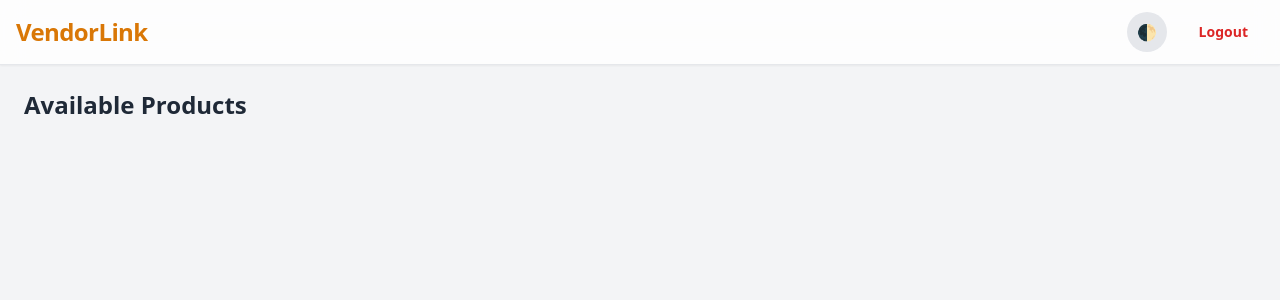
Repository: Omkar0746/VendorLink_Hackathon
Page: VendorLink_Project-main/frontend/marketplace.html
The author's editor kept a copy of each file at every save. The page is drawn from the files as they stood at one save, then again after the next save.
The browser window is 1280 px wide. The pictures show the whole page.
Some web libraries are served in a nearby version.

Above is the page before, as saved 2025-11-27 16:35:53.
Console error: SyntaxError: Identifier 'getUser' has already been declared

### VendorLink_Project-main/frontend/marketplace.html
<!DOCTYPE html>
<html lang="en" class="bg-gray-100 dark:bg-gray-900">
<head>
  <meta charset="UTF-8">
  <title>VendorLink • Marketplace</title>
  <script src="https://cdn.tailwindcss.com"></script>
  <script>tailwind.config = { darkMode: 'class' }</script>
</head>
<body class="min-h-screen">

<nav class="sticky top-0 z-50 bg-white/80 dark:bg-gray-900/80 backdrop-blur-md shadow-sm border-b border-gray-200 dark:border-gray-700">
  <div class="max-w-7xl mx-auto px-4 py-3 flex justify-between items-center">
    <h1 onclick="window.location.href='index.html'"
        class="text-2xl font-extrabold text-amber-600 cursor-pointer tracking-tight">
      VendorLink
    </h1>

    <div class="flex gap-4 items-center">
      <button id="themeToggle" class="w-10 h-10 rounded-full flex items-center justify-center bg-gray-200 dark:bg-gray-700">
        🌓
      </button>

      <button onclick="logout()"
              class="px-4 py-2 text-sm font-semibold text-red-600 dark:text-red-400 hover:underline">
        Logout
      </button>
    </div>
  </div>
</nav>


<main class="p-6">
  <h2 class="text-2xl font-semibold text-gray-800 dark:text-gray-100 mb-4">Available Products</h2>
  <div id="productGrid" class="grid grid-cols-1 sm:grid-cols-2 md:grid-cols-3 gap-6"></div>
</main>

<script type="module" src="assets/js/marketplace.js"></script>
</body>
</html>

### VendorLink_Project-main/frontend/assets/js/marketplace.js
import { api } from "./api.js";
import { protectPage, logout, initThemeToggle } from "./utils.js";

protectPage("vendor");
initThemeToggle();

document.getElementById("logoutBtn").addEventListener("click", logout);

const grid = document.getElementById("productGrid");

async function loadProducts() {
  try {
    const products = await api("/products");
    grid.innerHTML = "";

    products.forEach(p => {
      const card = document.createElement("div");
      card.className = "bg-white dark:bg-gray-800 rounded-xl shadow p-4 flex flex-col";

      card.innerHTML = `
        <img src="${p.image || 'https://via.placeholder.com/300'}"
             class="rounded-lg h-40 w-full object-cover mb-3" />
        <h3 class="text-lg font-semibold text-gray-800 dark:text-gray-100">${p.name}</h3>
        <p class="text-amber-600 font-bold mt-1">₹${p.price}</p>
        <p class="text-sm text-gray-500 dark:text-gray-400 mt-1">${p.category || ''}</p>
        <p class="text-xs text-gray-400 dark:text-gray-500 mt-1">
          Supplier: ${p.supplier?.name || "N/A"}
        </p>
        <button class="mt-3 bg-amber-600 hover:bg-amber-700 text-white py-2 rounded-lg text-sm order-btn">
          Order Now
        </button>
      `;

      const btn = card.querySelector(".order-btn");
      btn.addEventListener("click", () => placeOrder(p._id));

      grid.appendChild(card);
    });
  } catch (err) {
    alert(err.message);
  }
}

async function placeOrder(productId) {
  const qty = Number(prompt("Enter quantity:", "1") || "1");
  if (!qty || qty <= 0) return;

  try {
    await api("/orders", "POST", { productId, quantity: qty }, true);
    alert("Order placed successfully!");
  } catch (err) {
    alert(err.message);
  }
}

loadProducts();

### VendorLink_Project-main/frontend/assets/js/api.js
export const API_BASE = "http://localhost:5000/api";

export async function api(endpoint, method = "GET", body = null, auth = false) {
  const headers = { "Content-Type": "application/json" };
  if (auth) {
    const token = localStorage.getItem("token");
    if (token) headers["Authorization"] = `Bearer ${token}`;
  }

  const res = await fetch(`${API_BASE}${endpoint}`, {
    method,
    headers,
    body: body ? JSON.stringify(body) : null
  });

  const data = await res.json();
  if (!res.ok) throw new Error(data.error || data.message || "Request failed");
  return data;
}

### VendorLink_Project-main/frontend/assets/js/utils.js
export function getUser() {
  const raw = localStorage.getItem("user");
  return raw ? JSON.parse(raw) : null;
}

export function protectPage(requiredRole = null) {
  const token = localStorage.getItem("token");
  const user = getUser();
  if (!token || !user) {
    window.location.href = "login.html";
    return;
  }
  if (requiredRole && user.role !== requiredRole) {
    alert("You are not allowed to view this page.");
    window.location.href = "index.html";
  }
}

export function logout() {
  localStorage.removeItem("token");
  localStorage.removeItem("user");
  window.location.href = "login.html";
}

// Dark mode
export function initThemeToggle() {
  const html = document.documentElement;
  const stored = localStorage.getItem("theme") || "light";
  if (stored === "dark") html.classList.add("dark");

  const btn = document.getElementById("themeToggle");
  if (!btn) return;

  btn.addEventListener("click", () => {
    html.classList.toggle("dark");
    const isDark = html.classList.contains("dark");
    localStorage.setItem("theme", isDark ? "dark" : "light");
  });
}

// assets/js/utils.js

export function getUser() {
  const raw = localStorage.getItem("user");
  try {
    return raw ? JSON.parse(raw) : null;
  } catch {
    return null;
  }
}

export function logout() {
  localStorage.removeItem("token");
  localStorage.removeItem("user");
  window.location.href = "login.html";
}

export function initThemeToggle() {
  const html = document.documentElement;
  const saved = localStorage.getItem("theme") || "light";
  if (saved === "dark") html.classList.add("dark");

  const btn = document.getElementById("themeToggle");
  if (!btn) return;

  btn.addEventListener("click", () => {
    html.classList.toggle("dark");
    const isDark = html.classList.contains("dark");
    localStorage.setItem("theme", isDark ? "dark" : "light");
  });
}

### VendorLink_Project-main/frontend/assets/js/navbar.js
// assets/js/navbar.js
import { getUser, logout, initThemeToggle } from "./utils.js";

document.addEventListener("DOMContentLoaded", () => {
  initThemeToggle();

  const user = getUser();

  const guestBox = document.getElementById("nav-auth-guest");
  const userBox = document.getElementById("nav-auth-user");
  const supplierLink = document.getElementById("nav-supplier-link");
  const profileLink = document.getElementById("nav-profile-link");
  const usernameSpan = document.getElementById("nav-username");
  const logoutBtn = document.getElementById("nav-logout-btn");

  if (!guestBox || !userBox) return;

  if (user) {
    guestBox.classList.add("hidden");
    userBox.classList.remove("hidden");
    if (profileLink) profileLink.classList.remove("hidden");
    if (usernameSpan) usernameSpan.textContent = user.name || "Account";

    if (supplierLink) {
      if (user.role === "supplier") supplierLink.classList.remove("hidden");
      else supplierLink.classList.add("hidden");
    }

    if (logoutBtn) logoutBtn.addEventListener("click", logout);
  } else {
    guestBox.classList.remove("hidden");
    userBox.classList.add("hidden");
    if (supplierLink) supplierLink.classList.add("hidden");
    if (profileLink) profileLink.classList.add("hidden");
  }
});

After the next save:
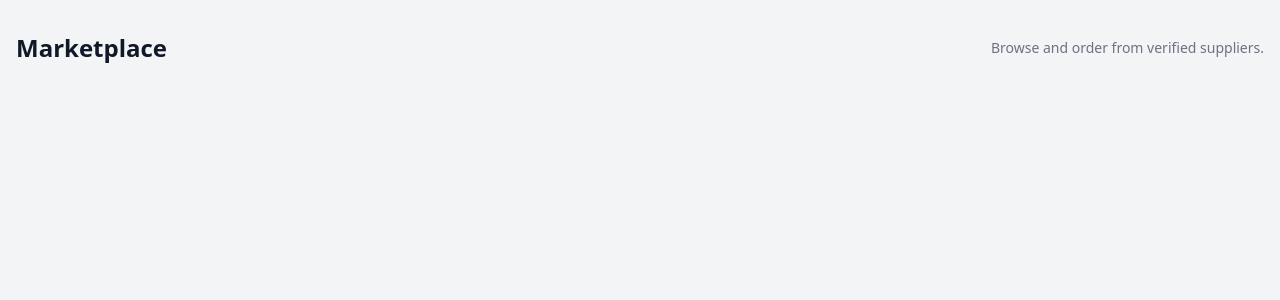
Saved 7 s later.
--- a/VendorLink_Project-main/frontend/marketplace.html
+++ b/VendorLink_Project-main/frontend/marketplace.html
@@ -2,38 +2,27 @@
 <html lang="en" class="bg-gray-100 dark:bg-gray-900">
 <head>
   <meta charset="UTF-8">
-  <title>VendorLink • Marketplace</title>
+  <title>Marketplace • VendorLink</title>
   <script src="https://cdn.tailwindcss.com"></script>
-  <script>tailwind.config = { darkMode: 'class' }</script>
+  <script>tailwind.config = { darkMode: "class" }</script>
 </head>
-<body class="min-h-screen">
+<body class="text-gray-900 dark:text-gray-100">
 
-<nav class="sticky top-0 z-50 bg-white/80 dark:bg-gray-900/80 backdrop-blur-md shadow-sm border-b border-gray-200 dark:border-gray-700">
-  <div class="max-w-7xl mx-auto px-4 py-3 flex justify-between items-center">
-    <h1 onclick="window.location.href='index.html'"
-        class="text-2xl font-extrabold text-amber-600 cursor-pointer tracking-tight">
-      VendorLink
-    </h1>
+  <!-- NAVBAR (same as above) -->
+  <!-- ... copy navbar block here ... -->
 
-    <div class="flex gap-4 items-center">
-      <button id="themeToggle" class="w-10 h-10 rounded-full flex items-center justify-center bg-gray-200 dark:bg-gray-700">
-        🌓
-      </button>
+  <main class="max-w-7xl mx-auto px-4 py-8">
+    <div class="flex justify-between items-center mb-6">
+      <h1 class="text-2xl font-bold">Marketplace</h1>
+      <p class="text-sm text-gray-500 dark:text-gray-400">Browse and order from verified suppliers.</p>
+    </div>
 
-      <button onclick="logout()"
-              class="px-4 py-2 text-sm font-semibold text-red-600 dark:text-red-400 hover:underline">
-        Logout
-      </button>
+    <div id="productGrid" class="grid grid-cols-1 sm:grid-cols-2 lg:grid-cols-3 gap-7">
+      <!-- Filled by marketplace.js -->
     </div>
-  </div>
-</nav>
+  </main>
 
-
-<main class="p-6">
-  <h2 class="text-2xl font-semibold text-gray-800 dark:text-gray-100 mb-4">Available Products</h2>
-  <div id="productGrid" class="grid grid-cols-1 sm:grid-cols-2 md:grid-cols-3 gap-6"></div>
-</main>
-
-<script type="module" src="assets/js/marketplace.js"></script>
+  <script type="module" src="assets/js/marketplace.js"></script>
+  <script type="module" src="assets/js/navbar.js"></script>
 </body>
 </html>
